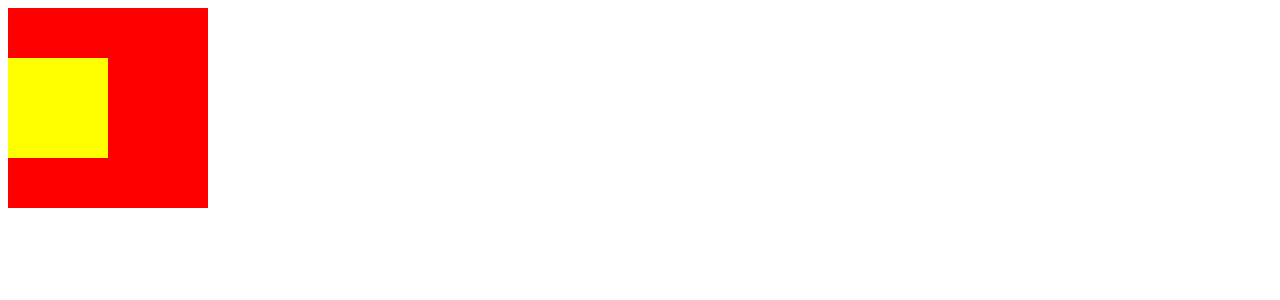
Repository: Qianfane/Blog
Page: CSS/居中测试/2.1 center-position-margin-auto.html
These files come from the project's save history. The page is drawn as it stood at one moment and after the next save; the edit follows.
The browser window is 1280 px wide. The pictures show the whole page.

Above is the page before, as saved 2022-01-24 23:38:35.

### CSS/居中测试/2.1 center-position-margin-auto.html
<!DOCTYPE html>
<html lang="en">
<head>
    <meta charset="UTF-8">
    <meta http-equiv="X-UA-Compatible" content="IE=edge">
    <meta name="viewport" content="width=device-width, initial-scale=1.0">
    <title>不定宽高</title>
</head>
<body>
<style>
    .outer {
        position: relative;

        width: 200px;
        height: 200px;
        background-color: red;
    }
    .inner {
        position: absolute;
        top: 0;
        bottom: 0;
        left: 0;
        /* right: 0; */
        margin: auto;

        width: 100px;
        height: 100px;
        background-color: yellow;
    }
</style>
<div class="outer">
    <div class="inner"></div>
</div>
</body>
</html>

After the next save:
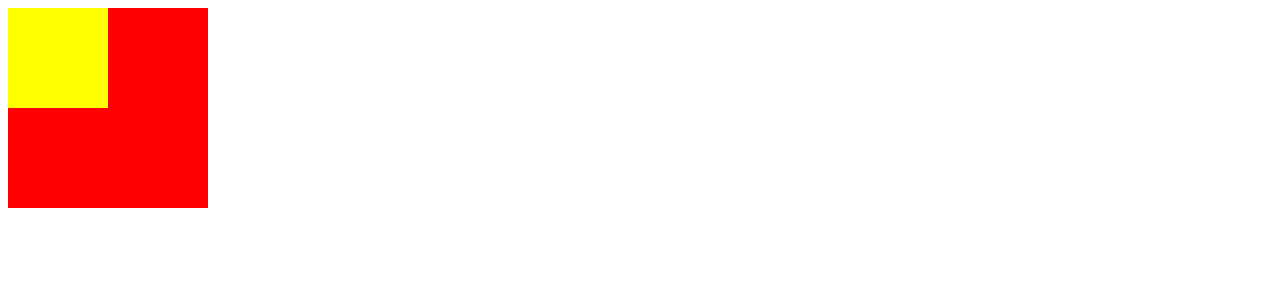
Saved 7 s later.
--- a/CSS/居中测试/2.1 center-position-margin-auto.html
+++ b/CSS/居中测试/2.1 center-position-margin-auto.html
@@ -18,7 +18,7 @@
     .inner {
         position: absolute;
         top: 0;
-        bottom: 0;
+        /* bottom: 0; */
         left: 0;
         /* right: 0; */
         margin: auto;

After the save that followed:
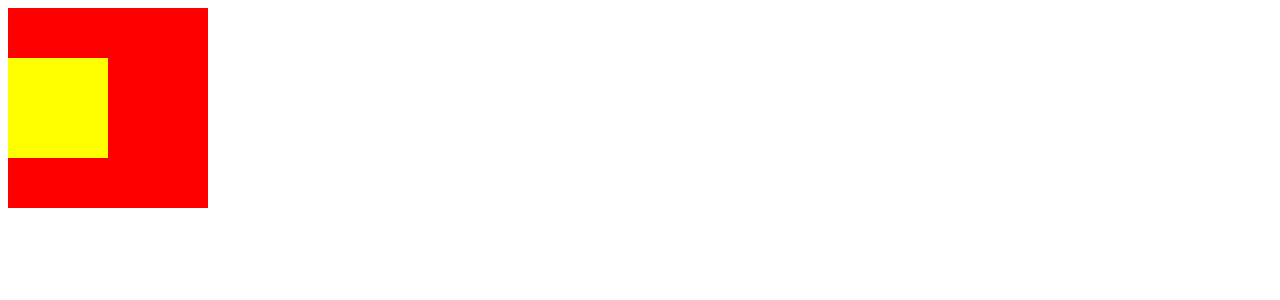
Saved 5 s later.
--- a/CSS/居中测试/2.1 center-position-margin-auto.html
+++ b/CSS/居中测试/2.1 center-position-margin-auto.html
@@ -18,7 +18,7 @@
     .inner {
         position: absolute;
         top: 0;
-        /* bottom: 0; */
+        bottom: 0;
         left: 0;
         /* right: 0; */
         margin: auto;
